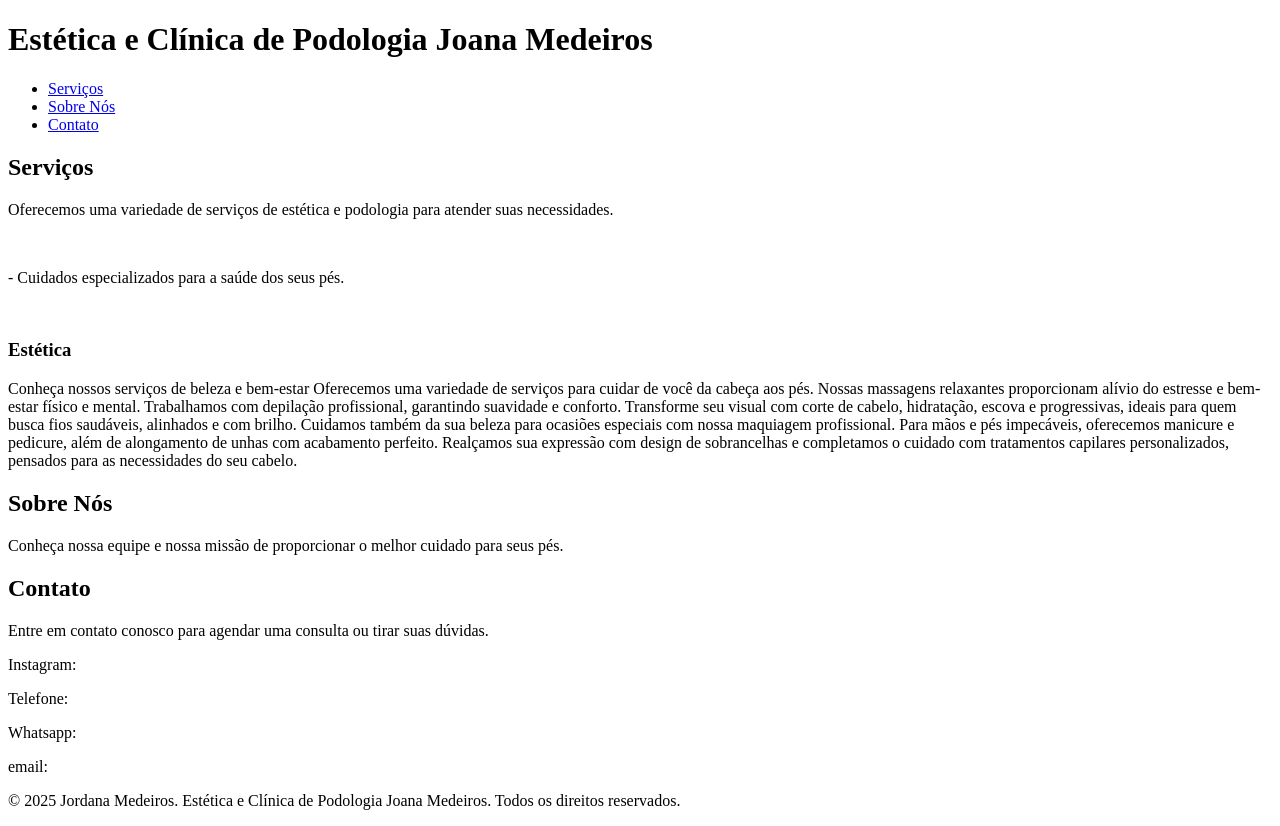
Repository: Iamjordana/projeto-estetica
Page: index.html
These files come from the project's save history. The page is drawn as it stood at one moment and after a run of saves; the edit follows.
The browser window is 1280 px wide. The pictures show the whole page.

Above is the page before, as saved 2025-04-14 11:55:51.

After the next 3 saves:
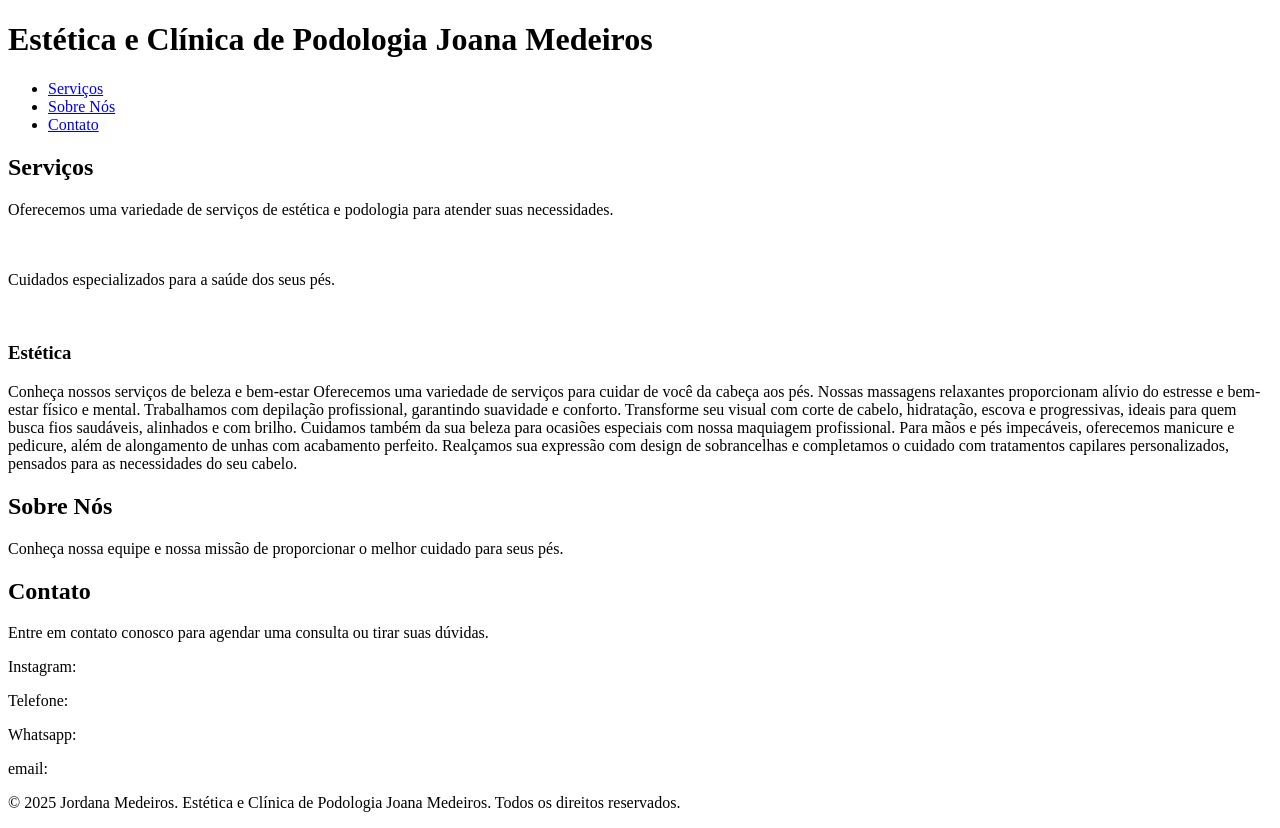
The 3 saves are shown as one change because they came seconds apart.
The last was saved 9 s later.
--- a/index.html
+++ b/index.html
@@ -26,7 +26,9 @@
 
             <div>
                 <img src="" alt="" srcset="" id="imagem-podologia">
-                <p>- Cuidados especializados para a saúde dos seus pés.
+                <h3></h3>
+                <p>
+                    Cuidados especializados para a saúde dos seus pés.
                 </p>
 
                 <img src="" alt="" srcset="" id="imagem-estetica">
